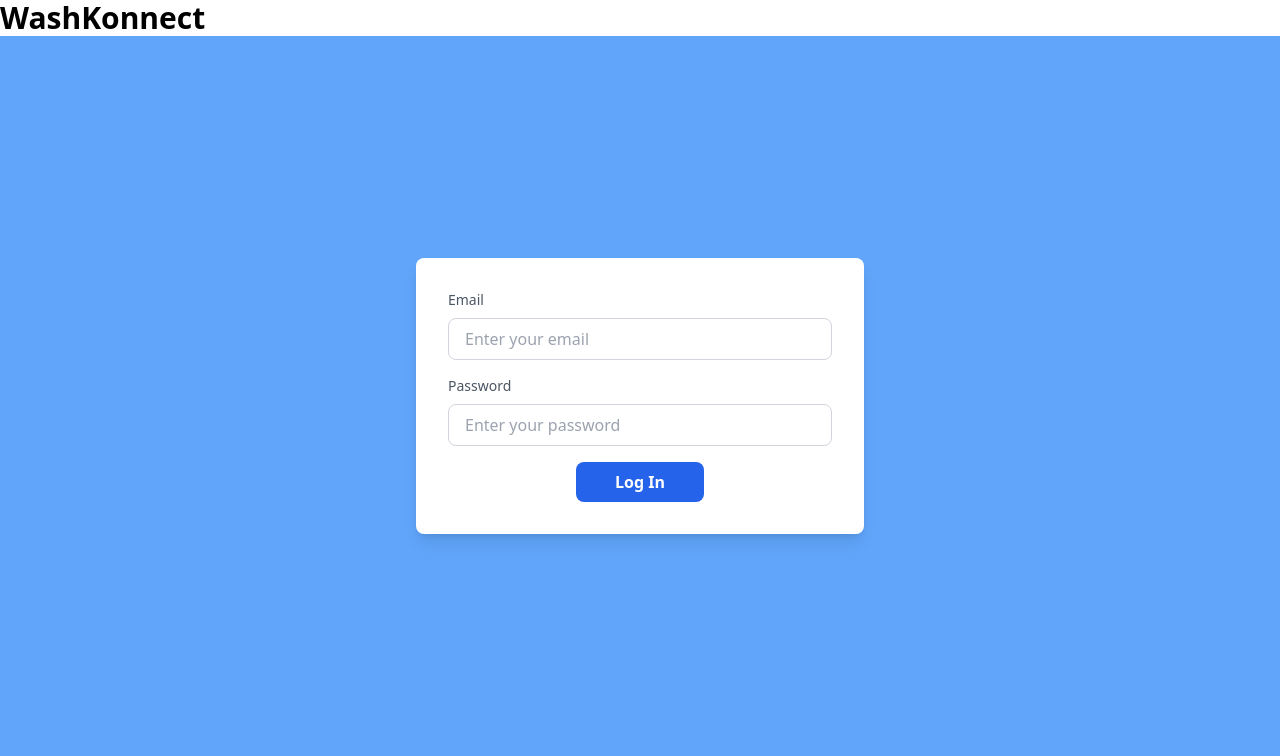
Repository: TEKVOLUTION-LTD/Admin-washKonnect
Page: / (app in Admin-WashKonnect/)
An editor plug-in stored every save of this project. The page is shown before and after the next save, followed by the edit.
The browser window is 1280 px wide. The pictures show the whole page.
The project was rebuilt for these pictures with package versions that can differ from the ones it lists, and the page was loaded fresh each time. Also part of the build but not shown: Admin-WashKonnect/vite.config.js.

Above is the page before, as saved 2024-11-13 02:10:58.

### Admin-WashKonnect/src/App.jsx
import Login from './components/Login';
import './App.css'

function App() {


  return (
    <>
    <div className=''>    <Login /> </div>

    </>
  )
}

export default App

### Admin-WashKonnect/src/components/Login.jsx
import React, {useState} from 'react'

const Login = () => {


  const [email, setEmail] = useState('');
  const [password, setPassword] = useState('');

  const handleSubmit = (e) => {
    e.preventDefault();
    // Handle login logic here (e.g., authentication API call)
    console.log('Email:', email);
    console.log('Password:', password);
  };

  return (

    <>
<div className=''>
<h1 className='flex font-bold text-3xl text-black'>WashKonnect</h1>
    <div className="flex items-center justify-center min-h-screen bg-blue-400">


      <div className="w-full max-w-md p-8 space-y-6 bg-white rounded-lg shadow-lg">

        <form className="space-y-4" onSubmit={handleSubmit}>
          <div>
            <label htmlFor="email" className="block text-start text-sm font-medium text-gray-600">
              Email
            </label>
            <input
              type="email"
              id="email"
              value={email}
              onChange={(e) => setEmail(e.target.value)}
              required
              className="w-full px-4 py-2 mt-2 text-gray-800 border border-gray-300 rounded-lg focus:outline-none focus:ring-2 focus:ring-blue-500"
              placeholder="Enter your email"
            />
          </div>
          <div>
            <label htmlFor="password" className="block text-start text-sm font-medium text-gray-600">
              Password
            </label>
            <input
              type="password"
              id="password"
              value={password}
              onChange={(e) => setPassword(e.target.value)}
              required
              className="w-full px-4 py-2 mt-2 text-gray-800 border border-gray-300 rounded-lg focus:outline-none focus:ring-2 focus:ring-blue-500"
              placeholder="Enter your password"
            />
          </div>
          <button
            type="submit"
            className="w-1/3 px-4 py-2 font-semibold text-white bg-blue-600 rounded-lg hover:bg-blue-700 focus:outline-none focus:ring-2 focus:ring-blue-500 focus:ring-offset-2"
          >
            Log In
          </button>
        </form>
      </div>
    </div>


</div>


    </>
  )
}

export default Login

### Admin-WashKonnect/src/App.css
#root {
  max-width: 1280px;
  margin: 0 auto;

  text-align: center;
}

Loaded but not shown: Admin-WashKonnect/index.html (common file); Admin-WashKonnect/src/main.jsx (common file); Admin-WashKonnect/src/index.css (common file); Admin-WashKonnect/tailwind.config.js (common file)

After the next save:
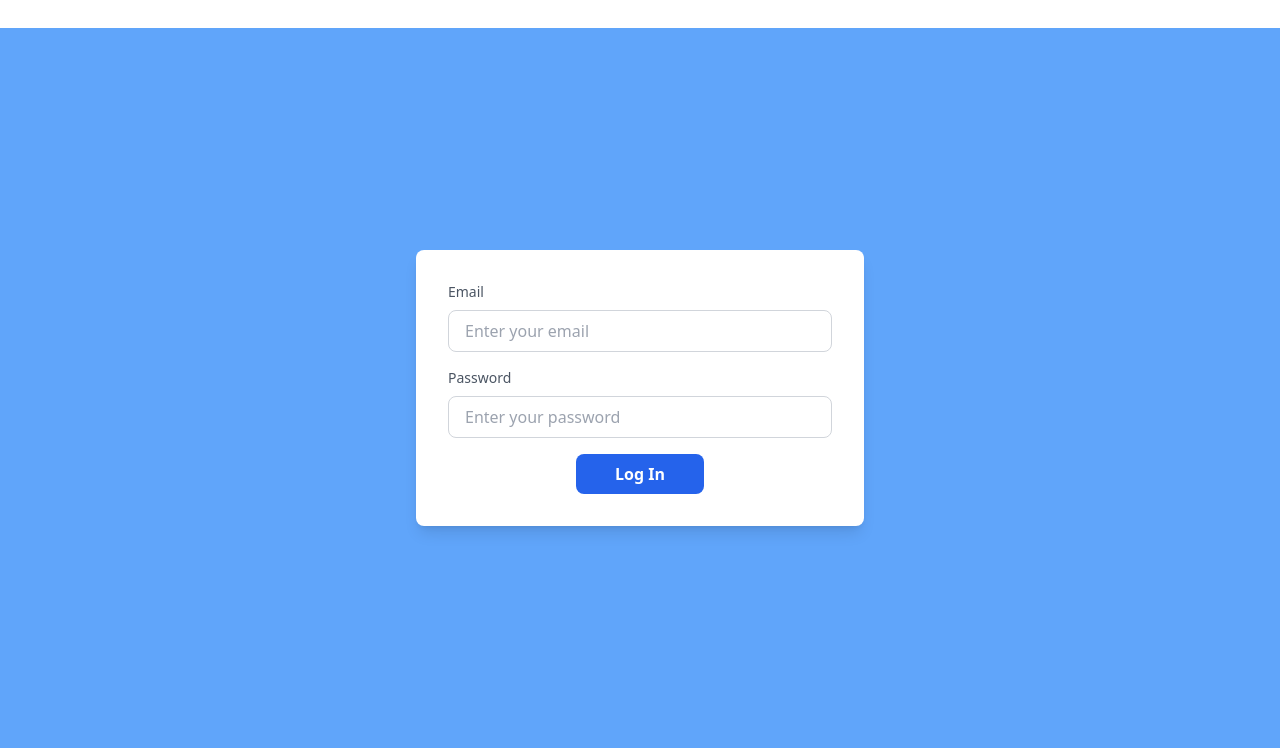
Saved 100 s later.
--- a/Admin-WashKonnect/src/components/Login.jsx
+++ b/Admin-WashKonnect/src/components/Login.jsx
@@ -17,7 +17,10 @@ const Login = () => {
 
     <>
 <div className=''>
-<h1 className='flex font-bold text-3xl text-black'>WashKonnect</h1>
+
+
+</div>
+<h1 className='block font-bold text-lg text-white'>WashKonnect</h1>
     <div className="flex items-center justify-center min-h-screen bg-blue-400">
 
 
@@ -63,9 +66,6 @@ const Login = () => {
     </div>
 
 
-</div>
-
-
     </>
   )
 }
